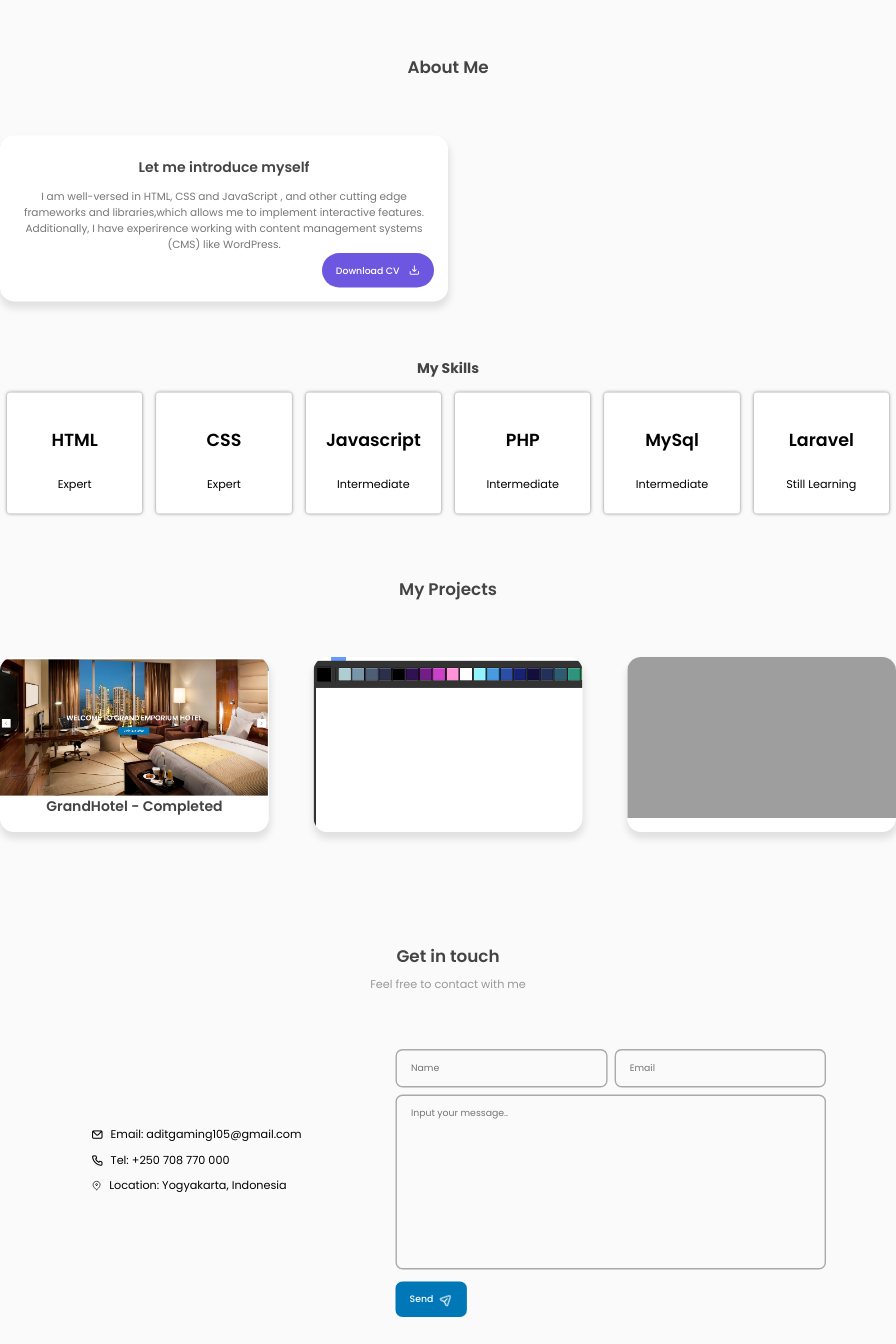
Repository: 4Kbrain/Portofolio
Page: index.html
The author's editor kept a copy of each file at every save. The page is drawn from the files as they stood at one save, then again after the next save.
The browser window is 1280 px wide. The pictures show the part of the page from y = 722 to 2642 px (the page is 3007 px tall), at 70% of full size.
Pictures or frames that could not be fetched are drawn as grey boxes.

Above is the page before, as saved 2024-05-15 17:47:19.
Console error: ReferenceError: ScrollReveal is not defined

After the next save:
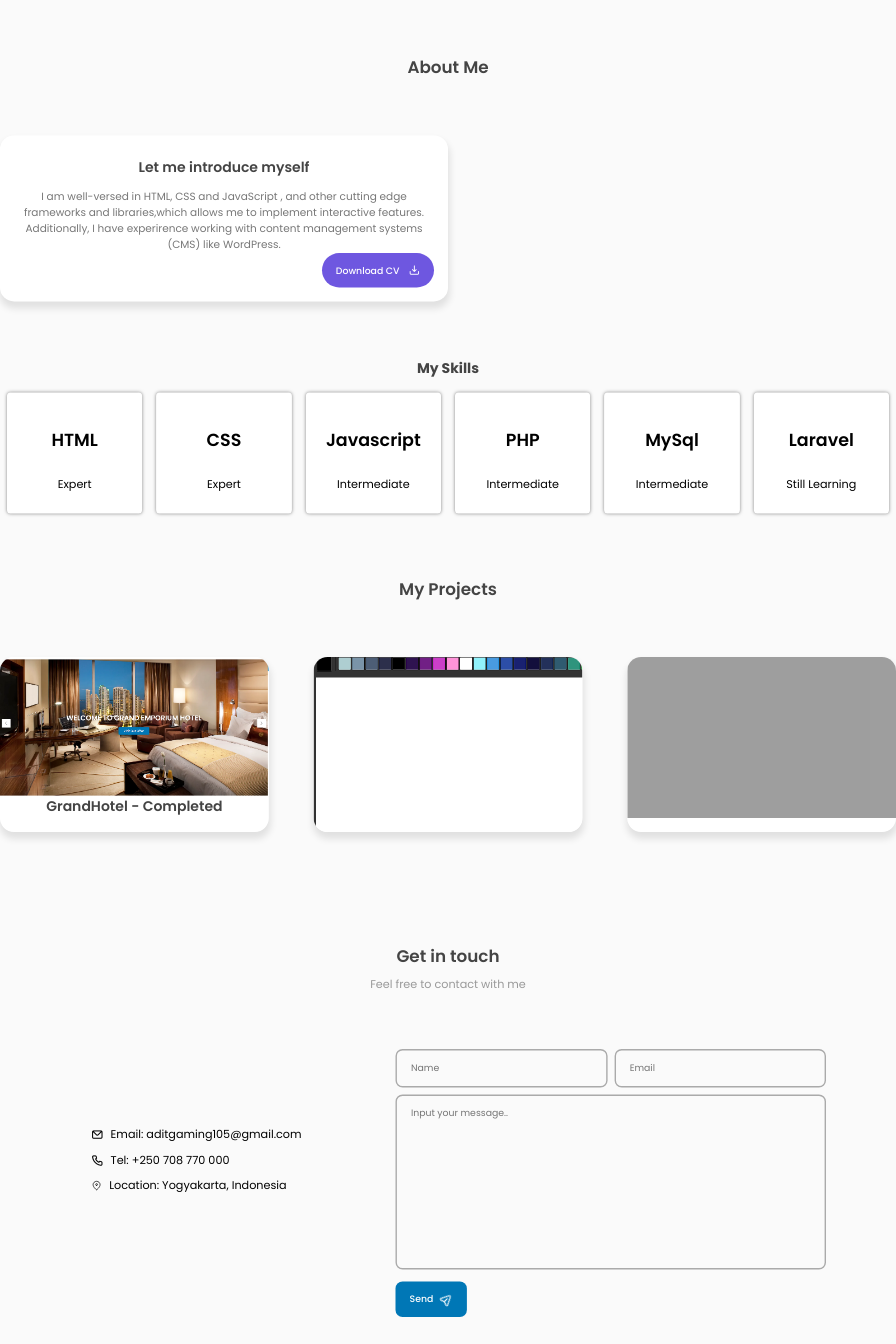
Saved 9 s later.
--- a/index.html
+++ b/index.html
@@ -184,7 +184,7 @@
             </div>
             <div class="project-box">
                 <a href=""> <img src="assets/img/drawing.png" alt="2" class="project-image"></a>
-                <h3></h3>
+                <h3>Drawing App - Completed</h3>
                 <label> - </label>
             </div>
             <div class="project-box">
